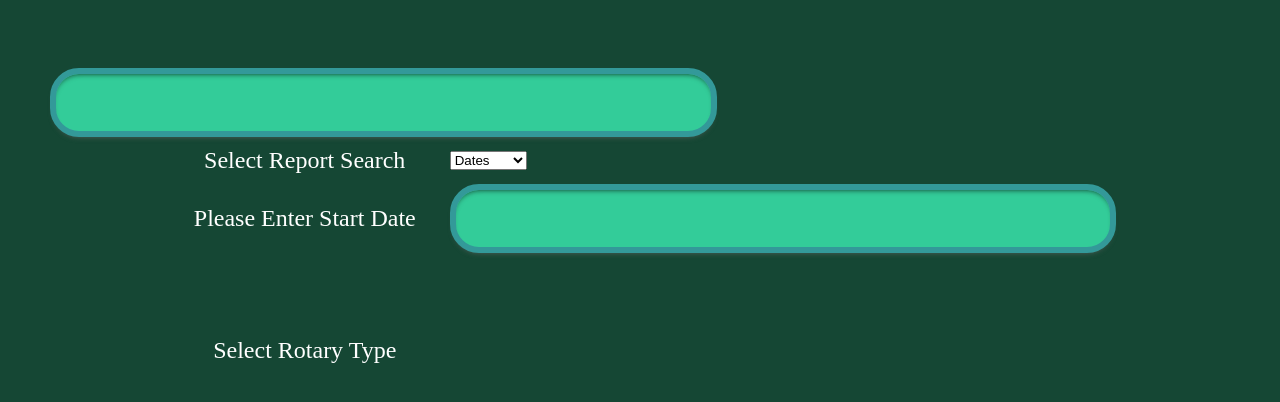
Repository: prajaktamore/Web-Based-Programming-3
Page: http://localhost/BinaryCalculator/Reports.jsp
An editor plug-in stored every save of this project. The page is shown before and after the next save, followed by the edit.
The browser window is 1280 px wide. The pictures show the whole page.
After loading, the first visible `#rdown` was changed once.
The page is served by Tomcat 9.

Above is the page before, as saved 2014-05-02 08:56:58.

After the next save:
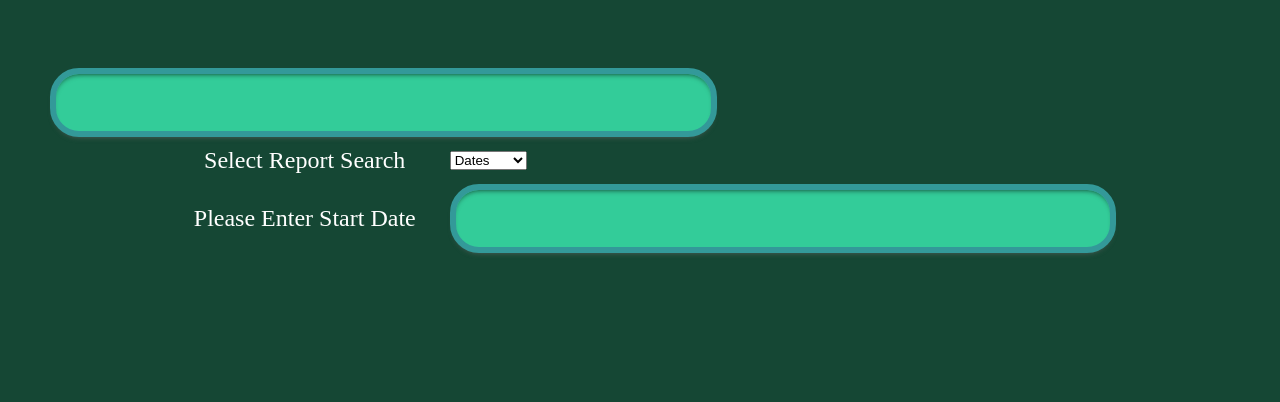
Saved 17 s later.
--- a/BinaryCalculator/WebContent/Reports.jsp
+++ b/BinaryCalculator/WebContent/Reports.jsp
@@ -140,6 +140,8 @@ function validateform4() {
     		document.getElementById('r4').style.visibility='hidden';
     		document.getElementById('lr5').style.visibility='hidden';
     		document.getElementById('r5').style.visibility='hidden';
+    		document.getElementById('rdownrot').style.visibility='hidden';
+    		document.getElementById('lrdownrot').style.visibility='hidden';
 
     		document.getElementById('Search').style.visibility='hidden';
 
